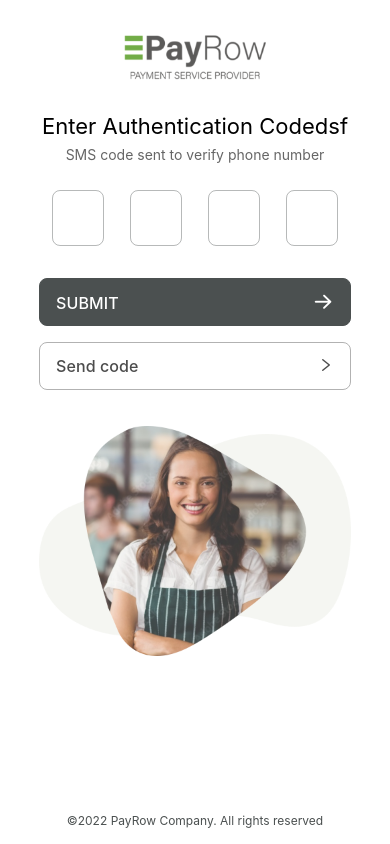
Repository: rishabh-critical-river/payrowios
Screen: /Create Account
These files come from the project's save history. The screen is drawn as it stood at one moment and after the next save; the edit follows.
The app was drawn by React Native's web renderer in a window 390 px wide. The project was rebuilt for these pictures with package versions that can differ from the ones it lists, and the page was loaded fresh each time. Also part of the build but not shown: screens/home/HomeScreen.tsx, screens/home/HomeComponents/TapToPay.tsx, screens/home/HomeComponents/PaymentSummary.js, screens/home/HomeComponents/AddItem.js, screens/home/HomeComponents/TapCard.tsx, screens/home/HomeComponents/EnterPin.tsx, screens/home/HomeComponents/Confirmation.tsx, screens/home/HomeComponents/NewPayment.tsx and 37 more.

Above is the screen before, as saved 2023-07-27 03:38:40.

### App.tsx
import { NavigationContainer } from "@react-navigation/native";
import { createNativeStackNavigator } from "@react-navigation/native-stack";
import {
  StyleSheet,
  Text,
  View,
  SafeAreaView,
  Image,
  StatusBar,
} from "react-native";
import LanguageSelection from "./screens/onboarding/LanguageSelection";
import CreateAccount from "./screens/onboarding/CreateAccount";
import HomeScreen from "./screens/home/HomeScreen";
import TapToPay from "./screens/home/HomeComponents/TapToPay";
import AddItem from "./screens/home/HomeComponents/AddItem";
import TapCard from "./screens/home/HomeComponents/TapCard";
import EnterPin from "./screens/home/HomeComponents/EnterPin";
import Confirmation from "./screens/home/HomeComponents/Confirmation";
import NewPayment from "./screens/home/HomeComponents/NewPayment";
import Contact from "./screens/home/HomeComponents/contact";
import Refund from "./screens/home/HomeComponents/refund";
import OtpRefund from "./screens/home/HomeComponents/otpRefund";
import ProductSelection from "./screens/home/HomeComponents/productSelection";
import PaymentSummary from "./screens/home/HomeComponents/PaymentSummary";
import PaymentMode from "./screens/home/HomeComponents/paymentMode";
import PaymentHistory from "./screens/home/HomeComponents/PaymentHistory";
import HistoryMethods from "./screens/home/HomeComponents/historyMethods";
import DailyReport from "./screens/home/HomeComponents/DailyReport";
import MonthlyReport from "./screens/home/HomeComponents/MonthlyReport";
import AboutPayrow from "./screens/home/HomeComponents/AboutPayrow";
import CashReceivedMachine from "./screens/home/HomeComponents/CashReceivedMachine";
import InvoiceRecall from "./screens/home/HomeComponents/InvoiceRecall";
import PosAndRetail from "./screens/home/HomeComponents/PosAndRetail";
import SoftPos from "./screens/home/HomeComponents/SoftPos";
import PayByLink from "./screens/home/HomeComponents/PayByLink";
import PayByQrCode from "./screens/home/HomeComponents/PayByQrCode";

import PaymentGateWay from "./screens/home/HomeComponents/PaymentGateWay";
import Wps from "./screens/home/HomeComponents/Wps";
import Vat from "./screens/home/HomeComponents/Vat";
import Kvyc from "./screens/home/HomeComponents/Kvyc";
import BuyNowPayLater from "./screens/home/HomeComponents/BuyNowPayLater";
import Wallet from "./screens/home/HomeComponents/Wallet";
import PayRowPrepaids from "./screens/home/HomeComponents/PayRowPrepaid";
import Support from "./screens/home/HomeComponents/Support";
import NewComplain from "./screens/home/HomeComponents/NewComplain";
import RegisterComplain from "./screens/home/HomeComponents/RegisteredComplain";
import ContactUs from "./screens/home/HomeComponents/ContactUse";
import InvoiceRecalltwo from "./screens/home/HomeComponents/InvoiceRecalltwo";
import InvoiceRecallthree from "./screens/home/HomeComponents/InvoiceRecallthree";
import PaymentDetails from "./screens/home/HomeComponents/PaymentDetails";
import ConfirmationInvoice from "./screens/home/HomeComponents/ConfirmationInvoice";
import CashPay from "./screens/home/HomeComponents/CashPay";
import QRCode from "./screens/home/HomeComponents/QrCode";
import Login from "./screens/onboarding/login";
import CreatePin from "./screens/onboarding/Createpin";
import ReEnterPin from "./screens/onboarding/Reenterpin";
import EnterPins from "./screens/onboarding/Enterpin";
// import SoftPose from "./screens/home/HomeComponents/SoftPose";
const Stack = createNativeStackNavigator();

export default function App() {
  return (
    <SafeAreaView style={{ flex: 1, backgroundColor: "white" }}>
      <StatusBar barStyle="dark-content" />
      <NavigationContainer>
        <Stack.Navigator>
          <Stack.Screen
            name="selectLanaguage"
            component={LanguageSelection}
            options={{ headerShown: false }}
          />
          <Stack.Screen
            name="Login"
            component={Login}
            options={{ headerShown: false }}
          />
          <Stack.Screen
            name="CreatePin"
            component={CreatePin}
            options={{ headerShown: false }}
          />
          <Stack.Screen
            name="ReEnterPin"
            component={ReEnterPin}
            options={{ headerShown: false }}
          />
          <Stack.Screen
            name="EnterPin"
            component={EnterPin}
            options={{ headerShown: false }}
          />
          <Stack.Screen
            name="Create Account"
            component={CreateAccount}
            options={{ headerShown: false }}
          />
          <Stack.Screen
            name="HomeScreen"
            component={HomeScreen}
            options={{ headerShown: false }}
          />
          <Stack.Screen
            name="TapToPay"
            component={TapToPay}
            options={{ headerShown: false }}
          />
          <Stack.Screen
            name="AddItem"
            component={AddItem}
            options={{ headerShown: false }}
          />
          <Stack.Screen
            name="TapCard"
            component={TapCard}
            options={{ headerShown: false }}
          />
          <Stack.Screen
            name="EnterPins"
            component={EnterPins}
            options={{ headerShown: false }}
          />
          <Stack.Screen
            name="Confirmation"
            component={Confirmation}
            options={{ headerShown: false }}
          />
          <Stack.Screen
            name="NewPayment"
            component={NewPayment}
            options={{ headerShown: false }}
          />
          <Stack.Screen
            name="contact"
            component={Contact}
            options={{ headerShown: false }}
          />
          <Stack.Screen
            name="refund"
            component={Refund}
            options={{ headerShown: false }}
          />
          <Stack.Screen
            name="otpRefund"
            component={OtpRefund}
            options={{ headerShown: false }}
          />
          <Stack.Screen
            name="productSelection"
            component={ProductSelection}
            options={{ headerShown: false }}
          />
          <Stack.Screen
            name="paymentSummary"
            component={PaymentSummary}
            options={{ headerShown: false }}
          />
          <Stack.Screen
            name="paymentMode"
            component={PaymentMode}
            options={{ headerShown: false }}
          />
          <Stack.Screen
            name="paymentHistory"
            component={PaymentHistory}
            options={{ headerShown: false }}
          />
          <Stack.Screen
            name="historyMethods"
            component={HistoryMethods}
            options={{ headerShown: false }}
          />
          <Stack.Screen
            name="dailyReport"
            component={DailyReport}
            options={{ headerShown: false }}
          />
          <Stack.Screen
            name="monthlyReport"
            component={MonthlyReport}
            options={{ headerShown: false }}
          />
          <Stack.Screen
            name="aboutPayrow"
            component={AboutPayrow}
            options={{ headerShown: false }}
          />
          <Stack.Screen
            name="cashReceivedMachine"
            component={CashReceivedMachine}
            options={{ headerShown: false }}
          />
          <Stack.Screen
            name="invoiceRecall"
            component={InvoiceRecall}
            options={{ headerShown: false }}
          />
          <Stack.Screen
            name="posandretail"
            component={PosAndRetail}
            options={{ headerShown: false }}
          />
          <Stack.Screen
            name="softpos"
            component={SoftPos}
            options={{ headerShown: false }}
          />
          <Stack.Screen
            name="paybylink"
            component={PayByLink}
            options={{ headerShown: false }}
          />
          <Stack.Screen
            name="paybyqrcode"
            component={PayByLink}
            options={{ headerShown: false }}
          />
          <Stack.Screen
            name="paymentgateway"
            component={PaymentGateWay}
            options={{ headerShown: false }}
          />
          <Stack.Screen
            name="wps"
            component={Wps}
            options={{ headerShown: false }}
          />
          <Stack.Screen
            name="vat"
            component={Vat}
            options={{ headerShown: false }}
          />

          <Stack.Screen
            name="kvyc"
            component={Kvyc}
            options={{ headerShown: false }}
          />
          <Stack.Screen
            name="buynowpaylater"
            component={BuyNowPayLater}
            options={{ headerShown: false }}
          />
          <Stack.Screen
            name="registercomplain"
            component={RegisterComplain}
            options={{ headerShown: false }}
          />
          <Stack.Screen
            name="wallet"
            component={Wallet}
            options={{ headerShown: false }}
          />
          <Stack.Screen
            name="payrowprepaid"
            component={PayRowPrepaids}
            options={{ headerShown: false }}
          />
          <Stack.Screen
            name="paymentdetails"
            component={PaymentDetails}
            options={{ headerShown: false }}
          />
          <Stack.Screen
            name="support"
            component={Support}
            options={{ headerShown: false }}
          />
          {/* <Stack.Screen
            name="softpose"
            payrowprepaid
            component={SoftPose}
            options={{ headerShown: false }}

          /> */}
          <Stack.Screen
            name="newcomplain"
            component={NewComplain}
            options={{ headerShown: false }}
          />
          <Stack.Screen
            name="contactus"
            component={ContactUs}
            options={{ headerShown: false }}
          />
          <Stack.Screen
            name="Recallss"
            component={InvoiceRecalltwo}
            options={{ headerShown: false }}
          />
          <Stack.Screen
            name="InvoiceRecallthree"
            component={InvoiceRecallthree}
            options={{ headerShown: false }}
          />
          <Stack.Screen
            name="ConfirmationInvoice"
            component={ConfirmationInvoice}
            options={{ headerShown: false }}
          />
          <Stack.Screen
            name="cashPay"
            component={CashPay}
            options={{ headerShown: false }}
          />

          <Stack.Screen
            name="QrCode"
            component={PayByQrCode}
            options={{ headerShown: false }}
          />
          <Stack.Screen
            name="QrCodePay"
            component={QRCode}
            options={{ headerShown: false }}
          />
        </Stack.Navigator>
      </NavigationContainer>
    </SafeAreaView>
  );
}

### screens/onboarding/LanguageSelection.tsx
import React from "react";
import { StatusBar } from "expo-status-bar";
import { NavigationContainer } from "@react-navigation/native";
import { createNativeStackNavigator } from "@react-navigation/native-stack";
import {
  StyleSheet,
  Text,
  View,
  SafeAreaView,
  Image,
  Button,
  TouchableOpacity,
} from "react-native";
import { AntDesign } from "@expo/vector-icons";
function LanguageSelection({ navigation }: any) {
  return (
    <>
      <View style={styles.container}>
        <Image
          source={require("../../src/Images/payrowLogo.png")}
          style={styles.logo}
        />
        <View
          style={{
            position: "absolute",
            right: 0,
            top: 76,
          }}
        >
          <View
            style={{
              marginLeft: "auto",
              borderWidth: 1,
              borderColor: "#F1F7ED",
              marginBottom: 7.5,

              backgroundColor: "#F1F7ED",
              borderRadius: 1,
              width: 40,
              height: 11.67,
            }}
          />
          <View
            style={{
              marginLeft: "auto",
              borderWidth: 1,
              borderColor: "#F1F7ED",
              marginBottom: 7.5,
              backgroundColor: "#F1F7ED",
              borderRadius: 1,

              width: 40,
              height: 11.67,
            }}
          />
          <View
            style={{
              marginLeft: "auto",
              borderWidth: 1,
              borderColor: "#F1F7ED",

              backgroundColor: "#F1F7ED",
              borderRadius: 1,

              width: 40,
              height: 11.67,
            }}
          />
        </View>
        <Image
          source={require("../../src/Images/getStarted.png")}
          style={{
            width: 312,
            height: 230,
            alignSelf: "center",
            marginTop: 40,
          }}
        />
        <Text
          style={{
            fontSize: 22,
            fontWeight: "700",
            color: "#4C4C4C",
            lineHeight: 28,
            textAlign: "center",
            marginTop: 38,
          }}
        >
          Ultimate Fintech Partner
        </Text>
        <Text
          style={{
            fontSize: 14,
            fontWeight: "400",
            lineHeight: 20,
            marginLeft: 54,
            marginRight: 54,
            textAlign: "center",
            marginTop: 16,
            color: "#666666",
            letterSpacing: 0.25,
          }}
        >
          Together we support Go-Green & Cashless Strategy
        </Text>
      </View>
      <View style={{ backgroundColor: "white" }}>
        <TouchableOpacity
          style={styles.button}
          onPress={() => {
            navigation.navigate("Login");
          }}
        >
          <View
            style={{
              borderWidth: 1,

              borderColor: "#4B5050",
              backgroundColor: "#4B5050",
              borderRadius: 8,
              marginBottom: 16,
              width: 328,
              height: 48,
              justifyContent: "center",
            }}
          >
            <View style={{ flexDirection: "row" }}>
              <Text
                style={{
                  fontSize: 16,
                  paddingLeft: 16,
                  fontWeight: "500",
                  lineHeight: 24,
                  justifyContent: "center",
                  color: "white",
                  letterSpacing: 0.1,
                  flex: 1,
                }}
              >
                Get Started
              </Text>
              <View
                style={{
                  justifyContent: "center",
                  alignItems: "center",
                  marginRight: 16,
                }}
              >
                <AntDesign name="arrowright" size={24} color="white" />
              </View>
            </View>
          </View>
        </TouchableOpacity>
        <Text
          style={{
            fontSize: 12,
            backgroundColor: "white",
            color: "#7f7f7f",
            textAlign: "center",
            paddingBottom: 15,
          }}
        >
          ©2022 PayRow Company. All rights reserved
        </Text>
      </View>
    </>
  );
}

export default LanguageSelection;
const styles = StyleSheet.create({
  container: {
    display: "flex",
    flex: 1,
    backgroundColor: "white",
  },
  logo: {
    width: 150,
    height: 48.3,
    alignSelf: "center",
    marginTop: 33,
  },
  selectLanguage: {
    width: 163,
    height: 28,
    fontSize: 17,

    color: "#333333",
    fontWeight: "400",
    marginTop: 24.47,
    alignSelf: "center",
  },
  languageText: {
    fontSize: 14,
    paddingLeft: 16,
    fontWeight: "500",
    lineHeight: 20,
    justifyContent: "center",
    color: "#4B5050CC",
  },
  languages: {
    flexDirection: "column",

    justifyContent: "space-between",
    alignItems: "center",
  },
  text: {
    width: 303,
    height: 20,
    fontSize: 14,
    lineHeight: 14,
    fontWeight: "400",
    color: "#4B5050",
    textAlign: "center",
    marginTop: 6,
    alignSelf: "center",
    marginBottom: 15,
  },
  shadowProp: {
    shadowColor: "#171717",
    shadowOffset: { width: -2, height: 4 },
    shadowOpacity: 0.2,
    shadowRadius: 3,
  },
  box: {
    display: "flex",
    borderWidth: 1,
    borderColor: "#4B505033",
    backgroundColor: "#ffffff",
    borderRadius: 8,
    marginBottom: 15,
    width: 328,
    height: 48,
    justifyContent: "center",
  },
  button: {
    alignSelf: "center",
    color: "#4B5050",

    padding: 10,
    fontSize: 20,
    height: 48,
    width: 328,
    cursor: "pointer",
    borderRadius: 70,
    justifyContent: "center",
    alignItems: "center",
    marginBottom: 15,
  },
  arrow: {
    display: "flex",
    position: "relative",
    borderWidth: 1,
    borderColor: "white",
    width: 40,
    height: 5,
    backgroundColor: "white",
  },
  arrowTriangle: {
    display: "flex",
    borderWidth: 1,
    position: "absolute",
    width: 20,
    height: 5,
    borderColor: "white",
    backgroundColor: "white",
    borderTopWidth: 1,
    borderRightWidth: 1,
    transform: [{ rotate: "45deg" }],
    right: 9,
    top: 19,
  },
  arrowTriangleRight: {
    display: "flex",
    borderWidth: 1,
    position: "absolute",
    width: 20,
    height: 5,
    borderColor: "white",
    backgroundColor: "white",
    borderTopWidth: 1,
    borderLeftWidth: 1,
    transform: [{ rotate: "-45deg" }],
    right: 9,
    top: 36,
  },
});

### screens/onboarding/CreateAccount.js
import { AntDesign } from "@expo/vector-icons";
import React, { useRef } from "react";
import {
  StyleSheet,
  Text,
  View,
  SafeAreaView,
  Image,
  Button,
  TextInput,
  TouchableOpacity,
  Keyboard,
} from "react-native";

function CreateAccount({ navigation }) {
  const et1 = useRef();
  const et2 = useRef();
  const et3 = useRef();
  const et4 = useRef();
  return (
    <>
      <View style={styles.container}>
        <Image
          source={require("../../src/Images/payrowLogo.png")}
          style={styles.logo}
        />
        <Text
          style={{
            marginTop: 30.47,
            fontSize: 22,
            fontWeight: "400",
            lineHeight: 28,
            alignSelf: "center",
          }}
        >
          Enter Authentication Codedsf
        </Text>
        <View
          style={{
            width: "100%",
            height: 20,
            marginTop: 6,

            alignSelf: "center",
          }}
        >
          <Text style={{ alignSelf: "center", color: "#666666" }}>
            SMS code sent to verify phone number
          </Text>
        </View>
        <View
          style={{
            flexDirection: "row",
            justifyContent: "space-between",
            marginLeft: 52,
            marginRight: 52,
            marginTop: 24,
          }}
        >
          <TextInput
            secureTextEntry={true}
            ref={et1}
            style={styles.box}
            keyboardType="number-pad"
            maxLength={1}
            onChangeText={(text) => {
              if (text.length >= 1) {
                et2.current.focus();
              }
            }}
          />
          <TextInput
            secureTextEntry={true}
            ref={et2}
            style={styles.box}
            keyboardType="number-pad"
            maxLength={1}
            onChangeText={(text) => {
              if (text.length >= 1) {
                et3.current.focus();
              } else if (text.length < 1) {
                et1.current.focus();
              }
            }}
          />
          <TextInput
            secureTextEntry={true}
            ref={et3}
            style={styles.box}
            keyboardType="number-pad"
            maxLength={1}
            onChangeText={(text) => {
              if (text.length >= 1) {
                et4.current.focus();
              } else if (text.length < 1) {
                et2.current.focus();
              }
            }}
          />
          <TextInput
            secureTextEntry={true}
            ref={et4}
            style={styles.box}
            keyboardType="number-pad"
            maxLength={1}
            onChangeText={(text) => {
              if (text.length < 1) {
                et3.current.focus();
              } else {
                Keyboard.dismiss();
              }
            }}
          />
        </View>
        <TouchableOpacity
          style={styles.goToSummaryButton}
          onPress={() => {
            navigation.navigate("AddItem");
          }}
        >
          <View style={styles.buttonContent}>
            <Text
              style={styles.buttonText}
              onPress={() => {
                navigation.navigate("CreatePin");
              }}
            >
              SUBMIT
            </Text>
            <View style={styles.arrowIcon}>
              <AntDesign name="arrowright" size={22} color="white" />
            </View>
          </View>
        </TouchableOpacity>

        <TouchableOpacity
          style={styles.resendCode}
          onPress={() => {
            navigation.navigate("");
          }}
        >
          <View
            style={{
              borderWidth: 0.5,
              borderColor: "#B2B2B2",
              borderRadius: 8,
              backgroundColor: "#FFFFFF",

              height: 48,
              justifyContent: "center",
            }}
          >
            <View style={{ flexDirection: "row" }}>
              <Text
                style={{
                  fontSize: 16,
                  paddingLeft: 16,
                  fontWeight: "500",
                  lineHeight: 24,
                  justifyContent: "center",
                  color: "#4C4C4C",
                  letterSpacing: 0.1,
                  flex: 1,
                }}
              >
                Send code
              </Text>
              <View
                style={{
                  justifyContent: "center",
                  alignItems: "center",
                  marginRight: 16,
                }}
              >
                <View
                  style={{
                    flexDirection: "row",
                    alignItems: "center",
                  }}
                >
                  <AntDesign name="right" size={16} color="#4C4C4C" />
                </View>
              </View>
            </View>
          </View>
        </TouchableOpacity>

        <Image
          source={require("../../src/Images/getStarted.png")}
          style={{
            width: 312,
            height: 230,
            alignSelf: "center",
            marginTop: 36,
          }}
        />
      </View>
      <Text
        style={{
          fontSize: 12,
          backgroundColor: "white",
          color: "#4B5050",
          textAlign: "center",
          paddingBottom: 16,
        }}
      >
        ©2022 PayRow Company. All rights reserved
      </Text>
    </>
  );
}
const styles = StyleSheet.create({
  container: {
    flex: 1,
    backgroundColor: "white",
    display: "flex",
    flexDirection: "column",
  },
  logo: {
    width: 150,
    height: 48.53,
    alignSelf: "center",
    marginTop: 33,
  },
  rightPin: {
    flex: 1,
    justifyContent: "center",
    alignItems: "center",
    textAlign: "center",
  },
  leftPin: {
    justifyContent: "center",
    alignItems: "center",
    backgroundColor: "#D3D3D3",
    borderTopEndRadius: 10,
    borderBottomEndRadius: 10,
    paddingLeft: 10,
    paddingRight: 10,
  },
  horizontal: {
    flexDirection: "row",
    alignItems: "center",
    justifyContent: "center",
  },
  horizontalOr: {
    paddingLeft: 5,
    paddingRight: 5,
    marginTop: 18,
    marginBottom: 18,
  },
  horizontalLine: {
    borderBottomColor: "#D3D3D3",
    width: 105,
    borderBottomWidth: 1,
    marginTop: 10,
    marginBottom: 10,
    alignSelf: "center",
  },
  url: {
    alignSelf: "center",
    marginTop: 10,
    marginBottom: 10,
  },
  fingerprint: {
    width: 100,
    height: 100,
    alignSelf: "center",
    marginTop: 70,
    marginBottom: 10,
  },
  verticalLine: {
    borderBottomColor: "#D3D3D3",
    color: "black",
    width: 15,
    transform: [{ rotate: "90deg" }],
    borderBottomWidth: 1,
    marginTop: 10,
    marginBottom: 10,
    alignSelf: "center",
  },

  languageText: {
    fontSize: 16,
    justifyContent: "center",
    color: "##838c95",
    alignItems: "center",
  },
  languages: {
    flexDirection: "column",

    justifyContent: "space-between",
    alignItems: "center",
  },
  text: {
    fontSize: 15,
    textAlign: "center",
    marginTop: 20,
    marginBottom: 15,
  },
  box: {
    display: "flex",
    flexDirection: "row",
    textAlign: "center",
    borderWidth: 1,
    borderColor: "#4B505066",
    borderRadius: 8,

    width: 52,
    height: 56,
  },
  button: {
    marginLeft: 165,
    marginTop: 34,
    color: "black",
    padding: 10,
    fontSize: 20,
    height: 60,
    width: 60,
    cursor: "pointer",
    borderRadius: 70,
    justifyContent: "center",
    alignItems: "center",
  },
  button2: {
    marginLeft: 165,
    marginTop: 5,

    padding: 10,
    fontSize: 20,
    height: 60,
    width: 60,
    cursor: "pointer",
    borderRadius: 70,
    justifyContent: "center",
    alignItems: "center",
  },
  arrow: {
    display: "flex",
    position: "relative",
    borderWidth: 1,
    borderColor: "white",
    width: 40,
    height: 5,
    backgroundColor: "white",
  },
  arrowTriangle: {
    display: "flex",
    borderWidth: 1,
    position: "absolute",
    width: 20,
    height: 5,
    borderColor: "white",
    backgroundColor: "white",
    borderTopWidth: 1,
    borderRightWidth: 1,
    transform: [{ rotate: "45deg" }],
    right: 9,
    top: 19,
  },
  arrowTriangleRight: {
    display: "flex",
    borderWidth: 1,
    position: "absolute",
    width: 20,
    height: 5,
    borderColor: "white",
    backgroundColor: "white",
    borderTopWidth: 1,
    borderLeftWidth: 1,
    transform: [{ rotate: "-45deg" }],
    right: 9,
    top: 36,
  },
  goToSummaryButton: {
    alignSelf: "center",
    marginTop: 32,
    width: "80%",
  },
  resendCode: {
    alignSelf: "center",
    marginTop: 16,
    width: "80%",
  },
  buttonText: {
    fontSize: 16,
    paddingLeft: 16,
    paddingTop: 12,
    fontWeight: "500",
    lineHeight: 24,
    justifyContent: "center",
    color: "white",
    letterSpacing: 0.1,
    flex: 1,
  },
  arrowIcon: {
    justifyContent: "center",
    alignItems: "center",
    marginRight: 16,
  },

  buttonContent: {
    borderWidth: 0.6,
    borderColor: "#4B5050",
    backgroundColor: "#4B5050",
    borderRadius: 8,

    height: 48,
    width: "100%",
    justifyContent: "center",
    flexDirection: "row",
  },
});

export default CreateAccount;

After the next save:
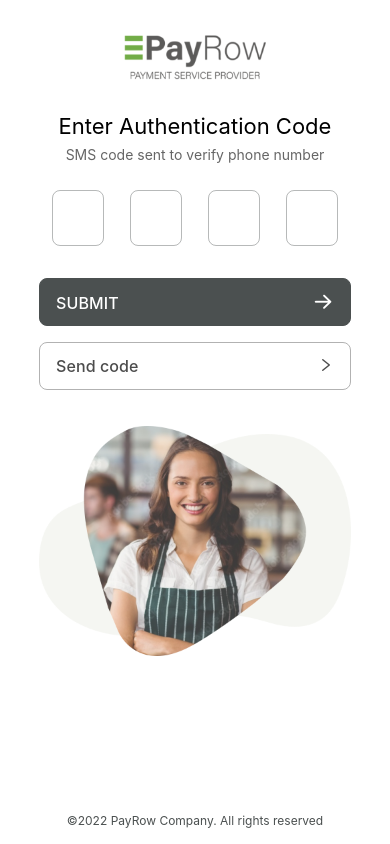
Saved 12 s later.
--- a/screens/onboarding/CreateAccount.js
+++ b/screens/onboarding/CreateAccount.js
@@ -33,7 +33,7 @@ function CreateAccount({ navigation }) {
             alignSelf: "center",
           }}
         >
-          Enter Authentication Codedsf
+          Enter Authentication Code
         </Text>
         <View
           style={{
